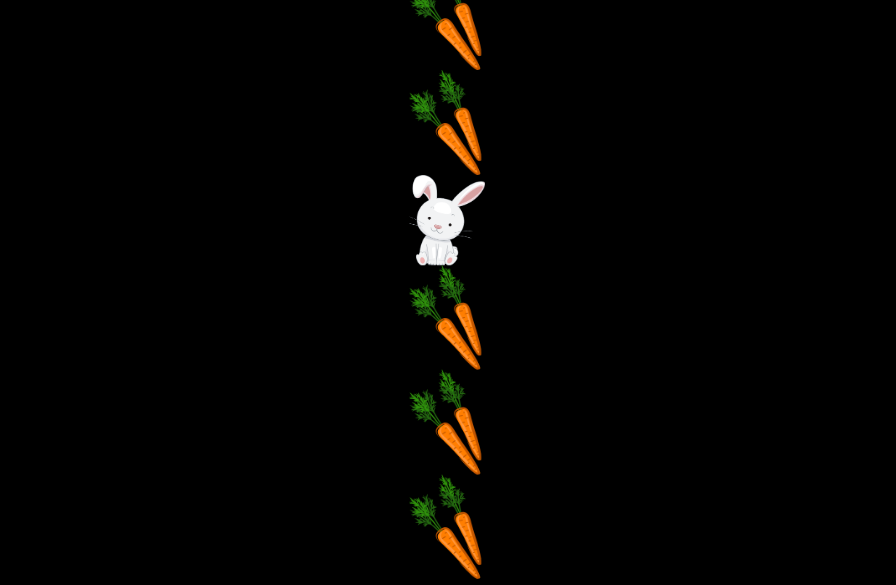
Repository: dhchun1203/browser-practice-works-
Page: rabbits/index.html
An editor plug-in stored every save of this project. The page is shown before and after the next save, followed by the edit.
The browser window is 1280 px wide. The pictures show the part of the page from y = 680 to 2600 px (the page is 1515 px tall before and 5252 px after), at 70% of full size.

Above is the page before, as saved 2021-01-04 12:15:37.

### rabbits/index.html
<!DOCTYPE html>
<html lang="en">
	<head>
		<meta charset="UTF-8" />
		<meta name="viewport" content="width=device-width, initial-scale=1.0" />
		<title>Scroll</title>
		<style>
			body {
				background-color: black;
				display: flex;
				flex-direction: column;
				align-items: center;
			}
			button {
				width: 110px;
				margin-bottom: 8px;
				background-color: #f5634d;
				border-style: none;
				color: white;
			}
			img {
				width: 110px;
			}
		</style>
	</head>
	<body>
		<button class="findBtn">Find a rabbit 🐇</button>
		<img src="img/carrot.png" alt="" />
		<img src="img/carrot.png" alt="" />
		<img src="img/carrot.png" alt="" />
		<img src="img/carrot.png" alt="" />
		<img src="img/carrot.png" alt="" />
		<img src="img/carrot.png" alt="" />
		<img class="rabbitImg" src="img/rabbit.png" alt="" />
		<img src="img/carrot.png" alt="" />
		<img src="img/carrot.png" alt="" />
		<img src="img/carrot.png" alt="" />
		<script>
			const findBtn = document.querySelector(".findBtn");
			const rabbit = document.querySelector(".rabbitImg");
			findBtn.addEventListener("click", (event) => {
				rabbit.scrollIntoView({ behavior: "smooth" });
			});
		</script>
	</body>
</html>

After the next save:
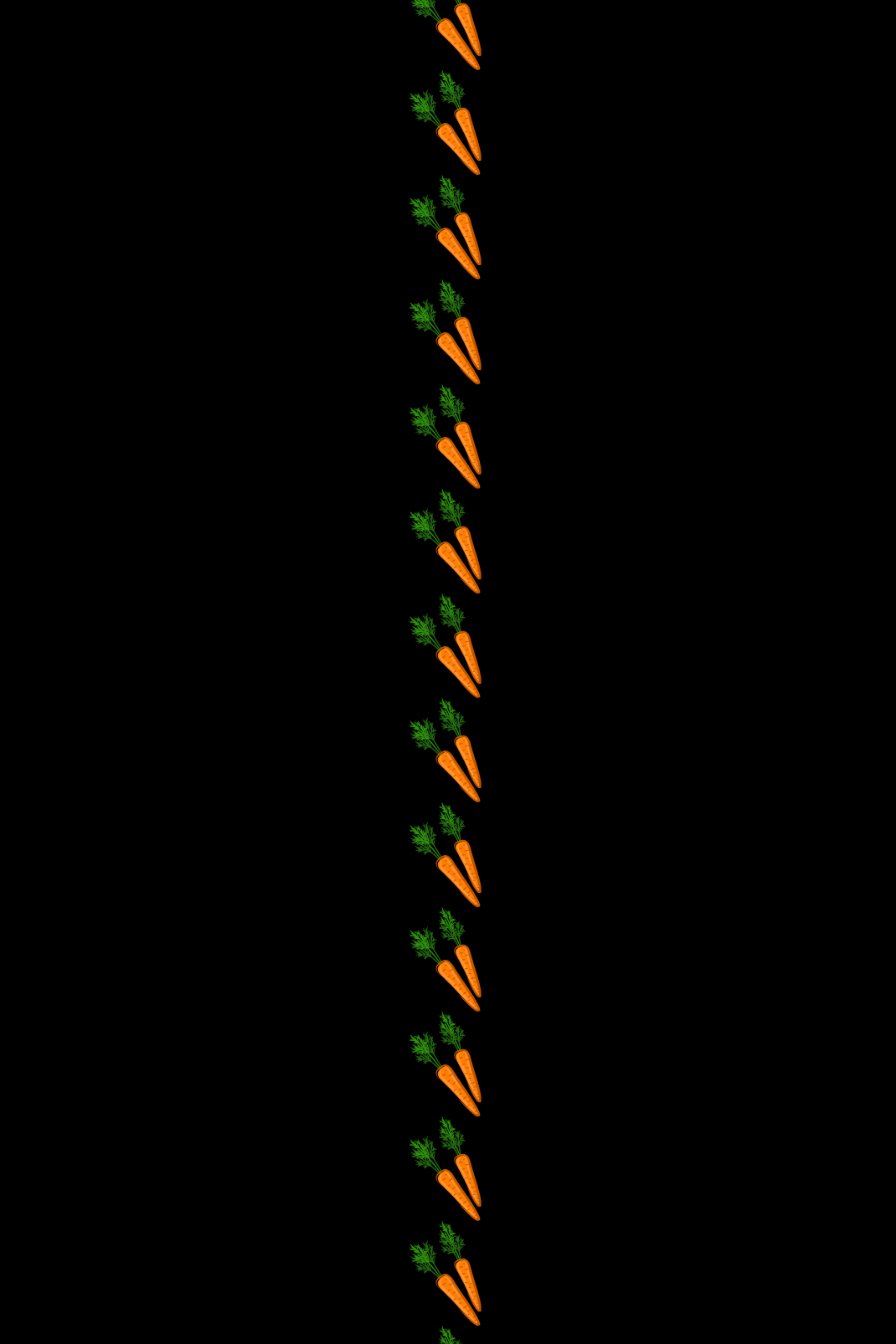
Saved 29 s later.
--- a/rabbits/index.html
+++ b/rabbits/index.html
@@ -31,7 +31,32 @@
 		<img src="img/carrot.png" alt="" />
 		<img src="img/carrot.png" alt="" />
 		<img src="img/carrot.png" alt="" />
+		<img src="img/carrot.png" alt="" />
+		<img src="img/carrot.png" alt="" />
+		<img src="img/carrot.png" alt="" />
+		<img src="img/carrot.png" alt="" />
+		<img src="img/carrot.png" alt="" />
+		<img src="img/carrot.png" alt="" />
+		<img src="img/carrot.png" alt="" />
+		<img src="img/carrot.png" alt="" />
+		<img src="img/carrot.png" alt="" />
+		<img src="img/carrot.png" alt="" />
+		<img src="img/carrot.png" alt="" />
+		<img src="img/carrot.png" alt="" />
+		<img src="img/carrot.png" alt="" />
+		<img src="img/carrot.png" alt="" />
+		<img src="img/carrot.png" alt="" />
+		<img src="img/carrot.png" alt="" />
 		<img class="rabbitImg" src="img/rabbit.png" alt="" />
+		<img src="img/carrot.png" alt="" />
+		<img src="img/carrot.png" alt="" />
+		<img src="img/carrot.png" alt="" />
+		<img src="img/carrot.png" alt="" />
+		<img src="img/carrot.png" alt="" />
+		<img src="img/carrot.png" alt="" />
+		<img src="img/carrot.png" alt="" />
+		<img src="img/carrot.png" alt="" />
+		<img src="img/carrot.png" alt="" />
 		<img src="img/carrot.png" alt="" />
 		<img src="img/carrot.png" alt="" />
 		<img src="img/carrot.png" alt="" />
